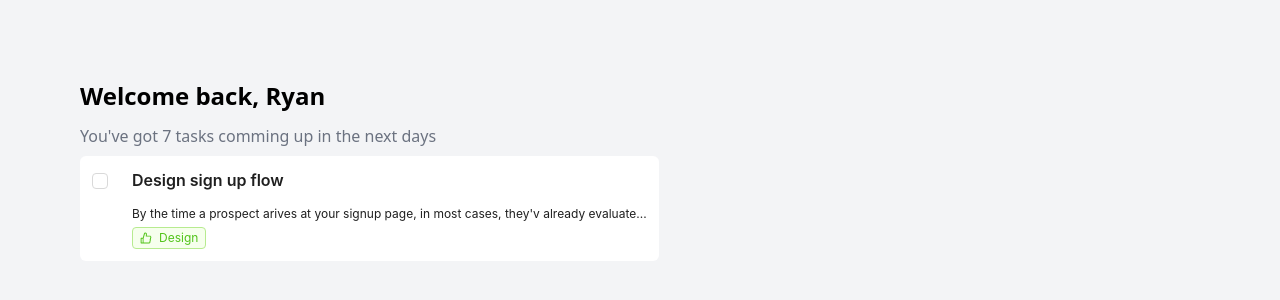
Repository: daohuyhoang9119/TodoApp
Page: /
An editor plug-in stored every save of this project. The page is shown before and after the next save, followed by the edit.
The browser window is 1280 px wide. The pictures show the whole page.
The project was rebuilt for these pictures with package versions that can differ from the ones it lists, and the page was loaded fresh each time. Also part of the build but not shown: vite.config.ts, src/App.css.

Above is the page before, as saved 2023-02-22 10:53:11.

### index.html
<!DOCTYPE html>
<html lang="en">

<head>
  <meta charset="UTF-8" />
  <link rel="icon" type="image/svg+xml" href="/vite.svg" />
  <meta name="viewport" content="width=device-width, initial-scale=1.0" />
  <title>Do It N💲W</title>
</head>

<body>
  <div id="root"></div>
  <script type="module" src="/src/main.tsx"></script>
</body>

</html>

### src/App.tsx
import { useState } from "react";
import "./App.css";
import Header from "./components/Header/Header";
import TaskItem from "./components/TaskItem/TaskItem";
function App() {
  return (
    <div className="w-full h-full p-20 bg-gray-100">
      <Header />
      <TaskItem />
    </div>
  );
}

export default App;

### src/components/Header/Header.tsx
import { useState } from "react";

function Header() {
  return (
    <div className="">
      <h1 className="font-sans text-2xl font-semibold mb-3">
        Welcome back, Ryan
      </h1>
      <p className="font-sans text-gray-500">
        You've got 7 tasks comming up in the next days
      </p>
    </div>
  );
}

export default Header;

### src/components/TaskItem/TaskItem.tsx
import { useState } from "react";
import { Typography, Checkbox, Tag } from "antd";
import { LikeOutlined } from "@ant-design/icons";
const { Title, Text } = Typography;
function TaskItem() {
  return (
    <div className="flex justify-center my-2 bg-white w-fit border-0 rounded-md">
      <div className="m-3">
        <Checkbox></Checkbox>
      </div>
      <div className="m-3">
        <Title level={5} className="text-xs">
          Design sign up flow
        </Title>
        <Text className="text-xs ">
          By the time a prospect arives at your signup page, in most cases,
          they'v already evaluate...
        </Text>
        <div className="">
          <Tag icon={<LikeOutlined />} color="success">
            Design
          </Tag>
        </div>
      </div>
    </div>
  );
}

export default TaskItem;

Loaded but not shown: src/main.tsx (common file); src/index.css (common file); tailwind.config.cjs (common file)

After the next save:
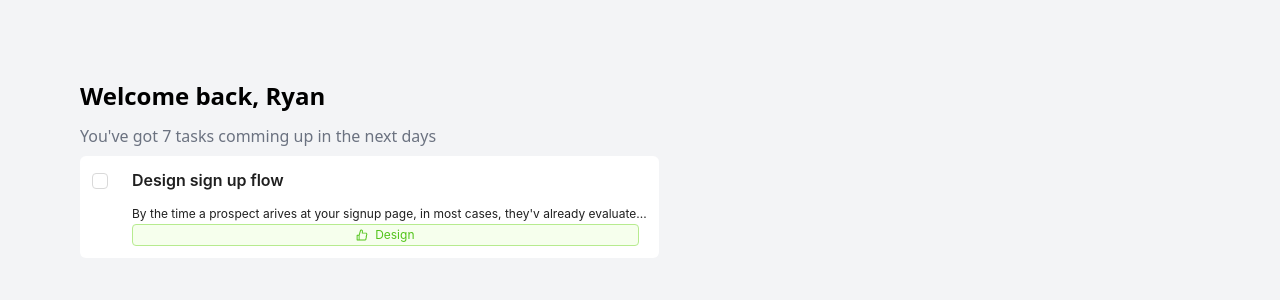
Saved 66 s later.
--- a/src/components/TaskItem/TaskItem.tsx
+++ b/src/components/TaskItem/TaskItem.tsx
@@ -17,7 +17,11 @@ function TaskItem() {
           they'v already evaluate...
         </Text>
         <div className="">
-          <Tag icon={<LikeOutlined />} color="success">
+          <Tag
+            icon={<LikeOutlined />}
+            color="success"
+            className="flex justify-center"
+          >
             Design
           </Tag>
         </div>
